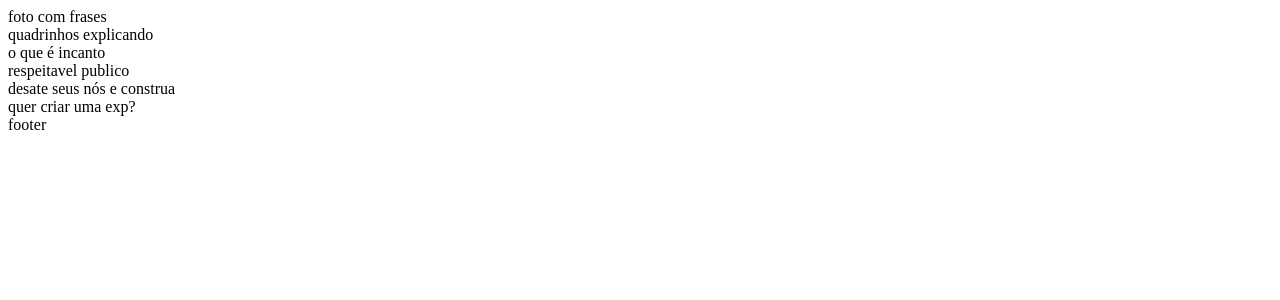
Repository: IvanCardoso91/incanto-site
Page: index.html
The author's editor kept a copy of each file at every save. The page is drawn from the files as they stood at one save, then again after the next save.
The browser window is 1280 px wide. The pictures show the whole page.

Above is the page before, as saved 2021-01-19 22:31:05.

### index.html
<!DOCTYPE html>
<html lang="pt">

<head>
    <meta charset="UTF-8">
    <meta name="viewport" content="width=device-width, initial-scale=1.0">
    <title>Site Incanto</title>
</head>

<body>
    <section>foto com frases</section>
    <section>quadrinhos explicando</section>
    <section>o que é incanto</section>
    <section>respeitavel publico</section>
    <section>desate seus nós e construa</section>
    <section>quer criar uma exp?</section>
    <section>footer</section>
</body>

</html>

After the next save:
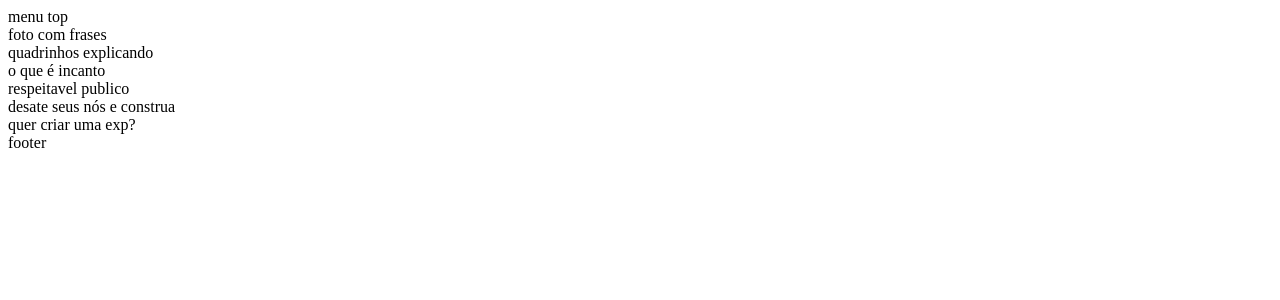
Saved 118 s later.
--- a/index.html
+++ b/index.html
@@ -5,6 +5,7 @@
     <meta charset="UTF-8">
     <meta name="viewport" content="width=device-width, initial-scale=1.0">
     <title>Site Incanto</title>
+    <div>menu top</div>
 </head>
 
 <body>
